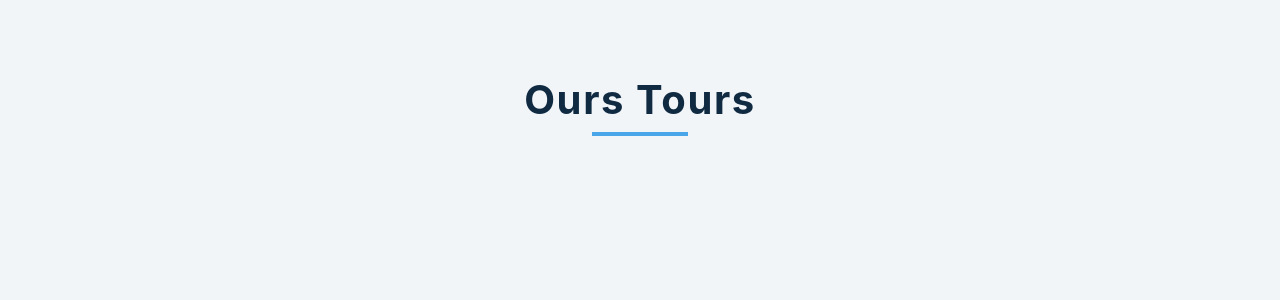
Repository: davidaloba/tours
Page: /
These files come from the project's save history. The page is drawn as it stood at one moment and after the next save; the edit follows.
The browser window is 1280 px wide. The pictures show the whole page.
The page's requests for data from a server got no answer. The project was rebuilt for these pictures with package versions that can differ from the ones it lists, and the page was loaded fresh each time. No one was signed in, and anything a server would have sent is missing. Also part of the build but not shown: src/Tour.js.

Above is the page before, as saved 2021-10-21 22:43:59.

### src/App.js
import React, { useState, useEffect } from "react";
import Loading from "./Loading";
import Tours from "./Tours";
const url = "https://course-api.com/react-tours-project";

function App() {
  const [loading, setLoading] = useState(true);
  const [tours, setTours] = useState([]);

  const removeTour = (id) => {
    const newTours = tours.filter((tour) => tour.id !== id);
    setTours(newTours);
  };

  const fetchTours = async () => {
    setLoading(true);
    try {
      const response = await fetch(url);
      const tours = await response.json();
      setLoading(false);
      setTours(tours);
      console.log(tours);
    } catch (error) {
      setLoading(false);
      console.log(error);
    }
  };

  useEffect(() => {
    fetchTours();
  }, []);

  if (loading) {
    return (
      <main>
        <Loading />
      </main>
    );
  }
  return (
    <main>
      <Tours tours={tours} removeTour={removeTour} />
    </main>
  );
}

export default App;

### src/Tours.js
import React from "react";
import Tour from "./Tour";

const Tours = ({ tours, removeTour }) => {
  return (
    <sectiion>
      <div className="title">
        <h2>ours tours </h2>
        <div className="underline"></div>
      </div>
      <div>
        {tours.map((tour) => {
          return <Tour key={tour.id} {...tour} removeTour={removeTour} />;
        })}
      </div>
    </sectiion>
  );
};

export default Tours;

Loaded but not shown: public/index.html (common file); src/index.js (common file); src/index.css (common file); src/Loading.js (common file)

After the next save:
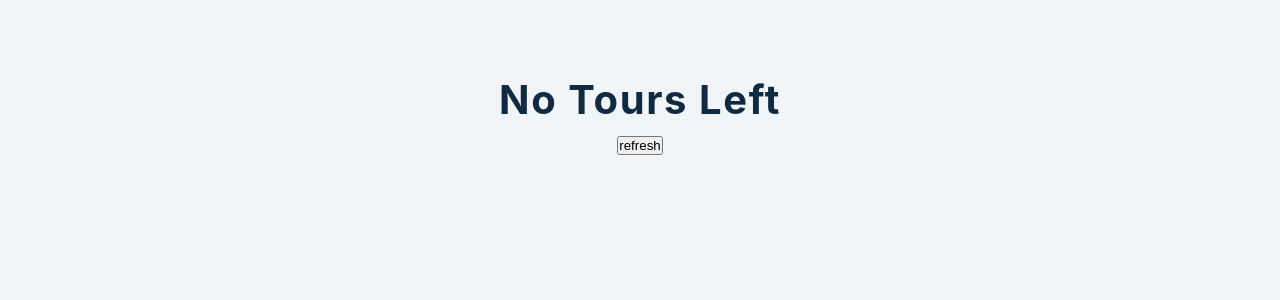
Saved 2 min 45 s later.
--- a/src/App.js
+++ b/src/App.js
@@ -37,6 +37,16 @@ function App() {
       </main>
     );
   }
+  if (tours.length === 0) {
+    return (
+      <main>
+        <div className="title">
+          <h2>no tours left</h2>
+          <button onClick={fetchTours}>refresh</button>
+        </div>
+      </main>
+    );
+  }
   return (
     <main>
       <Tours tours={tours} removeTour={removeTour} />
